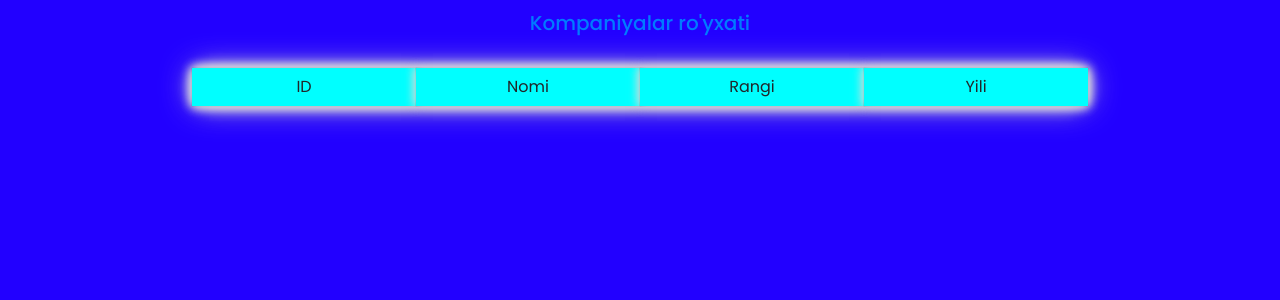
Repository: maqsudov0371/vazifa
Page: http://localhost/authenticate/register
These files come from the project's save history. The page is drawn as it stood at one moment and after the next save; the edit follows.
The browser window is 1280 px wide. The pictures show the whole page.
Some web fonts or font styles are not loaded; a fallback is used. The page is served by the project's application, run on Django 5.2 (manage.py). Other server files are loaded and not shown.

Above is the page before, as saved 2024-07-19 10:26:36.

### templates/register.html
<!doctype html>
<html lang="en">
<head>
    <meta charset="UTF-8">
    <meta name="viewport"
          content="width=device-width, user-scalable=no, initial-scale=1.0, maximum-scale=1.0, minimum-scale=1.0">
    <meta http-equiv="X-UA-Compatible" content="ie=edge">
    <title>MY LISTS</title>
    <link rel="stylesheet" href="style.css">

    <style>

/* Cascading style sheets */
body{
    background: rgb(34, 0, 255);
}

div{
    color: black;
    font-size: 20px;
    text-align: center;
}



table{
    width:50%;
    margin: 20px auto;

}
td{
    width: 20%;
    margin: 30px auto;
    background-color: aqua;
    text-align: center;
    padding: 7px;
    box-shadow: 0px 0px 10px silver, 0px 0px 10px white, 0px 0px 1px black;
}


table{
    width: 70%;
    margin: 30px auto;
    background-color: aqua;
    text-align: center;
    padding: 25px;
    border-radius: 15px;
    box-shadow: 0 0 30px silver, 0 0 15px white;
}

input{
    height: 25px;
    margin: 15px;
}

    </style>


</head>
<body>
    <div class="register">
        <h1>{{ list2 }}</h1>
        <a href="{% url 'register_user' %}">Kompaniyalar ro'yxati</a>
    </div>
<!--<h2>  Hello world !  </h2>-->
<!--<h6>  Hello world !  </h6>-->
<!--<br>-->
<!--<input type="text">-->
<!--<img src="https://miro.medium.com/v2/resize:fit:1200/1*aYjzU0FuWPY9A87IKVN1Kg.jpeg" alt="No image">-->

<table >
    <thead>
        <tr>
            <td>ID</td>
            <td>Nomi</td>
            <td>Rangi</td>
            <td>Yili</td>
        </tr>
    </thead>
    <tbody>
        {% for car in cars %}
    <tr>
        <td>{{ car.id }}</td>
        <td>{{ car.name }}</td>
        <td>{{ car.color }}</td>
        <td>{{ car.year }}</td>
    </tr>
    {% endfor %}
    </tbody>
</table>
<br>
<br>




</body>
</html>

### main/authentication/views.py
from main.models import User
from django.shortcuts import render, redirect
from django.contrib.auth import authenticate, login, logout


def register_user(request):
    if request.method == 'POST':
        User.objects.create_user(
            username = request.POST['username'],
            password = request.POST['password']
        )
    return render(request, 'register.html')


def login_user(request):
    if request.method == 'POST':
        username = request.POST['username']
        password = request.POST['password']
        user = authenticate(username=username, password=password)
        if user:
            login(request, user)
            return redirect('index')
    return render(request, 'login.html')


def log_out(request):
    logout(request)
    return redirect('index')

### Blog/urls.py
"""
URL configuration for Blog project.

The `urlpatterns` list routes URLs to views. For more information please see:
    https://docs.djangoproject.com/en/5.0/topics/http/urls/
Examples:
Function views
    1. Add an import:  from my_app import views
    2. Add a URL to urlpatterns:  path('', views.home, name='home')
Class-based views
    1. Add an import:  from other_app.views import Home
    2. Add a URL to urlpatterns:  path('', Home.as_view(), name='home')
Including another URLconf
    1. Import the include() function: from django.urls import include, path
    2. Add a URL to urlpatterns:  path('blog/', include('blog.urls'))
"""
from django.contrib import admin
from django.urls import path, include
from django.conf.urls.static import static
from django.conf import settings

urlpatterns = [
    path('admin/', admin.site.urls),
    path('', include('main.urls'))
]+static(settings.MEDIA_URL, document_root=settings.MEDIA_ROOT)

### main/urls.py
from django.urls import path, include
from . import views

urlpatterns = [
    path('', views.blogs, name='index'),
    path('blog-detail/<int:id>/', views.blog_detail, name='blog_detail'),
    path('comment/create/', views.comment_create, name='comment_create'),
    path('authenticate/', include('main.authentication.urls')),
    path('dashboard/', include('main.dashboard.urls'))
]

### main/authentication/urls.py
from . import views
from django.urls import path

urlpatterns = [
    path('register', views.register_user, name='register_user'),
    path('login', views.login_user, name='login_user'),
    path('logout', views.log_out, name='log_out')
]

### main/dashboard/urls.py
from django.urls import path
from . import views

urlpatterns = [
    path('create/', views.blog_create, name='blog_create'),
    path('update/<int:id>/', views.blog_update, name='blog_update'),
    path('delete/<int:id>/', views.blog_delete, name='blog_delete'),
    path('blogs/', views.my_blogs, name='my_blogs'),
]

### static/css/others/pe-icon-7-stroke.css
@font-face {
	font-family: 'Pe-icon-7-stroke';
	src:url('../../fonts/Pe-icon-7-stroke.eot?d7yf1v');
	src:url('../../fonts/Pe-icon-7-stroke.eot?#iefixd7yf1v') format('embedded-opentype'),
		url('../../fonts/Pe-icon-7-stroke.woff?d7yf1v') format('woff'),
		url('../../fonts/Pe-icon-7-stroke.ttf?d7yf1v') format('truetype'),
		url('../../fonts/Pe-icon-7-stroke.svg?d7yf1v#Pe-icon-7-stroke') format('svg');
	font-weight: normal;
	font-style: normal;
}

[class^="pe-7s-"], [class*=" pe-7s-"] {
	display: inline-block;
	font-family: 'Pe-icon-7-stroke';
	speak: none;
	font-style: normal;
	font-weight: normal;
	font-variant: normal;
	text-transform: none;
	line-height: 1;

	/* Better Font Rendering =========== */
	-webkit-font-smoothing: antialiased;
	-moz-osx-font-smoothing: grayscale;
}

.pe-7s-album:before {
	content: "\e6aa";
}
.pe-7s-arc:before {
	content: "\e6ab";
}
.pe-7s-back-2:before {
	content: "\e6ac";
}
.pe-7s-bandaid:before {
	content: "\e6ad";
}
.pe-7s-car:before {
	content: "\e6ae";
}
.pe-7s-diamond:before {
	content: "\e6af";
}
.pe-7s-door-lock:before {
	content: "\e6b0";
}
.pe-7s-eyedropper:before {
	content: "\e6b1";
}
.pe-7s-female:before {
	content: "\e6b2";
}
.pe-7s-gym:before {
	content: "\e6b3";
}
.pe-7s-hammer:before {
	content: "\e6b4";
}
.pe-7s-headphones:before {
	content: "\e6b5";
}
.pe-7s-helm:before {
	content: "\e6b6";
}
.pe-7s-hourglass:before {
	content: "\e6b7";
}
.pe-7s-leaf:before {
	content: "\e6b8";
}
.pe-7s-magic-wand:before {
	content: "\e6b9";
}
.pe-7s-male:before {
	content: "\e6ba";
}
.pe-7s-map-2:before {
	content: "\e6bb";
}
.pe-7s-next-2:before {
	content: "\e6bc";
}
.pe-7s-paint-bucket:before {
	content: "\e6bd";
}
.pe-7s-pendrive:before {
	content: "\e6be";
}
.pe-7s-photo:before {
	content: "\e6bf";
}
.pe-7s-piggy:before {
	content: "\e6c0";
}
.pe-7s-plugin:before {
	content: "\e6c1";
}
.pe-7s-refresh-2:before {
	content: "\e6c2";
}
.pe-7s-rocket:before {
	content: "\e6c3";
}
.pe-7s-settings:before {
	content: "\e6c4";
}
.pe-7s-shield:before {
	content: "\e6c5";
}
.pe-7s-smile:before {
	content: "\e6c6";
}
.pe-7s-usb:before {
	content: "\e6c7";
}
.pe-7s-vector:before {
	content: "\e6c8";
}
.pe-7s-wine:before {
	content: "\e6c9";
}
.pe-7s-cloud-upload:before {
	content: "\e68a";
}
.pe-7s-cash:before {
	content: "\e68c";
}
.pe-7s-close:before {
	content: "\e680";
}
.pe-7s-bluetooth:before {
	content: "\e68d";
}
.pe-7s-cloud-download:before {
	content: "\e68b";
}
.pe-7s-way:before {
	content: "\e68e";
}
.pe-7s-close-circle:before {
	content: "\e681";
}
.pe-7s-id:before {
	content: "\e68f";
}
.pe-7s-angle-up:before {
	content: "\e682";
}
.pe-7s-wristwatch:before {
	content: "\e690";
}
.pe-7s-angle-up-circle:before {
	content: "\e683";
}
.pe-7s-world:before {
	content: "\e691";
}
.pe-7s-angle-right:before {
	content: "\e684";
}
.pe-7s-volume:before {
	content: "\e692";
}
.pe-7s-angle-right-circle:before {
	content: "\e685";
}
.pe-7s-users:before {
	content: "\e693";
}
.pe-7s-angle-left:before {
	content: "\e686";
}
.pe-7s-user-female:before {
	content: "\e694";
}
.pe-7s-angle-left-circle:before {
	content: "\e687";
}
.pe-7s-up-arrow:before {
	content: "\e695";
}
.pe-7s-angle-down:before {
	content: "\e688";
}
.pe-7s-switch:before {
	content: "\e696";
}
.pe-7s-angle-down-circle:before {
	content: "\e689";
}
.pe-7s-scissors:before {
	content: "\e697";
}
.pe-7s-wallet:before {
	content: "\e600";
}
.pe-7s-safe:before {
	content: "\e698";
}
.pe-7s-volume2:before {
	content: "\e601";
}
.pe-7s-volume1:before {
	content: "\e602";
}
.pe-7s-voicemail:before {
	content: "\e603";
}
.pe-7s-video:before {
	content: "\e604";
}
.pe-7s-user:before {
	content: "\e605";
}
.pe-7s-upload:before {
	content: "\e606";
}
.pe-7s-unlock:before {
	content: "\e607";
}
.pe-7s-umbrella:before {
	content: "\e608";
}
.pe-7s-trash:before {
	content: "\e609";
}
.pe-7s-tools:before {
	content: "\e60a";
}
.pe-7s-timer:before {
	content: "\e60b";
}
.pe-7s-ticket:before {
	content: "\e60c";
}
.pe-7s-target:before {
	content: "\e60d";
}
.pe-7s-sun:before {
	content: "\e60e";
}
.pe-7s-study:before {
	content: "\e60f";
}
.pe-7s-stopwatch:before {
	content: "\e610";
}
.pe-7s-star:before {
	content: "\e611";
}
.pe-7s-speaker:before {
	content: "\e612";
}
.pe-7s-signal:before {
	content: "\e613";
}
.pe-7s-shuffle:before {
	content: "\e614";
}
.pe-7s-shopbag:before {
	content: "\e615";
}
.pe-7s-share:before {
	content: "\e616";
}
.pe-7s-server:before {
	content: "\e617";
}
.pe-7s-search:before {
	content: "\e618";
}
.pe-7s-film:before {
	content: "\e6a5";
}
.pe-7s-science:before {
	content: "\e619";
}
.pe-7s-disk:before {
	content: "\e6a6";
}
.pe-7s-ribbon:before {
	content: "\e61a";
}
.pe-7s-repeat:before {
	content: "\e61b";
}
.pe-7s-refresh:before {
	content: "\e61c";
}
.pe-7s-add-user:before {
	content: "\e6a9";
}
.pe-7s-refresh-cloud:before {
	content: "\e61d";
}
.pe-7s-paperclip:before {
	content: "\e69c";
}
.pe-7s-radio:before {
	content: "\e61e";
}
.pe-7s-note2:before {
	content: "\e69d";
}
.pe-7s-print:before {
	content: "\e61f";
}
.pe-7s-network:before {
	content: "\e69e";
}
.pe-7s-prev:before {
	content: "\e620";
}
.pe-7s-mute:before {
	content: "\e69f";
}
.pe-7s-power:before {
	content: "\e621";
}
.pe-7s-medal:before {
	content: "\e6a0";
}
.pe-7s-portfolio:before {
	content: "\e622";
}
.pe-7s-like2:before {
	content: "\e6a1";
}
.pe-7s-plus:before {
	content: "\e623";
}
.pe-7s-left-arrow:before {
	content: "\e6a2";
}
.pe-7s-play:before {
	content: "\e624";
}
.pe-7s-key:before {
	content: "\e6a3";
}
.pe-7s-plane:before {
	content: "\e625";
}
.pe-7s-joy:before {
	content: "\e6a4";
}
.pe-7s-photo-gallery:before {
	content: "\e626";
}
.pe-7s-pin:before {
	content: "\e69b";
}
.pe-7s-phone:before {
	content: "\e627";
}
.pe-7s-plug:before {
	content: "\e69a";
}
.pe-7s-pen:before {
	content: "\e628";
}
.pe-7s-right-arrow:before {
	content: "\e699";
}
.pe-7s-paper-plane:before {
	content: "\e629";
}
.pe-7s-delete-user:before {
	content: "\e6a7";
}
.pe-7s-paint:before {
	content: "\e62a";
}
.pe-7s-bottom-arrow:before {
	content: "\e6a8";
}
.pe-7s-notebook:before {
	content: "\e62b";
}
.pe-7s-note:before {
	content: "\e62c";
}
.pe-7s-next:before {
	content: "\e62d";
}
.pe-7s-news-paper:before {
	content: "\e62e";
}
.pe-7s-musiclist:before {
	content: "\e62f";
}
.pe-7s-music:before {
	content: "\e630";
}
.pe-7s-mouse:before {
	content: "\e631";
}
.pe-7s-more:before {
	content: "\e632";
}
.pe-7s-moon:before {
	content: "\e633";
}
.pe-7s-monitor:before {
	content: "\e634";
}
.pe-7s-micro:before {
	content: "\e635";
}
.pe-7s-menu:before {
	content: "\e636";
}
.pe-7s-map:before {
	content: "\e637";
}
.pe-7s-map-marker:before {
	content: "\e638";
}
.pe-7s-mail:before {
	content: "\e639";
}
.pe-7s-mail-open:before {
	content: "\e63a";
}
.pe-7s-mail-open-file:before {
	content: "\e63b";
}
.pe-7s-magnet:before {
	content: "\e63c";
}
.pe-7s-loop:before {
	content: "\e63d";
}
.pe-7s-look:before {
	content: "\e63e";
}
.pe-7s-lock:before {
	content: "\e63f";
}
.pe-7s-lintern:before {
	content: "\e640";
}
.pe-7s-link:before {
	content: "\e641";
}
.pe-7s-like:before {
	content: "\e642";
}
.pe-7s-light:before {
	content: "\e643";
}
.pe-7s-less:before {
	content: "\e644";
}
.pe-7s-keypad:before {
	content: "\e645";
}
.pe-7s-junk:before {
	content: "\e646";
}
.pe-7s-info:before {
	content: "\e647";
}
.pe-7s-home:before {
	content: "\e648";
}
.pe-7s-help2:before {
	content: "\e649";
}
.pe-7s-help1:before {
	content: "\e64a";
}
.pe-7s-graph3:before {
	content: "\e64b";
}
.pe-7s-graph2:before {
	content: "\e64c";
}
.pe-7s-graph1:before {
	content: "\e64d";
}
.pe-7s-graph:before {
	content: "\e64e";
}
.pe-7s-global:before {
	content: "\e64f";
}
.pe-7s-gleam:before {
	content: "\e650";
}
.pe-7s-glasses:before {
	content: "\e651";
}
.pe-7s-gift:before {
	content: "\e652";
}
.pe-7s-folder:before {
	content: "\e653";
}
.pe-7s-flag:before {
	content: "\e654";
}
.pe-7s-filter:before {
	content: "\e655";
}
.pe-7s-file:before {
	content: "\e656";
}
.pe-7s-expand1:before {
	content: "\e657";
}
.pe-7s-exapnd2:before {
	content: "\e658";
}
.pe-7s-edit:before {
	content: "\e659";
}
.pe-7s-drop:before {
	content: "\e65a";
}
.pe-7s-drawer:before {
	content: "\e65b";
}
.pe-7s-download:before {
	content: "\e65c";
}
.pe-7s-display2:before {
	content: "\e65d";
}
.pe-7s-display1:before {
	content: "\e65e";
}
.pe-7s-diskette:before {
	content: "\e65f";
}
.pe-7s-date:before {
	content: "\e660";
}
.pe-7s-cup:before {
	content: "\e661";
}
.pe-7s-culture:before {
	content: "\e662";
}
.pe-7s-crop:before {
	content: "\e663";
}
.pe-7s-credit:before {
	content: "\e664";
}
.pe-7s-copy-file:before {
	content: "\e665";
}
.pe-7s-config:before {
	content: "\e666";
}
.pe-7s-compass:before {
	content: "\e667";
}
.pe-7s-comment:before {
	content: "\e668";
}
.pe-7s-coffee:before {
	content: "\e669";
}
.pe-7s-cloud:before {
	content: "\e66a";
}
.pe-7s-clock:before {
	content: "\e66b";
}
.pe-7s-check:before {
	content: "\e66c";
}
.pe-7s-chat:before {
	content: "\e66d";
}
.pe-7s-cart:before {
	content: "\e66e";
}
.pe-7s-camera:before {
	content: "\e66f";
}
.pe-7s-call:before {
	content: "\e670";
}
.pe-7s-calculator:before {
	content: "\e671";
}
.pe-7s-browser:before {
	content: "\e672";
}
.pe-7s-box2:before {
	content: "\e673";
}
.pe-7s-box1:before {
	content: "\e674";
}
.pe-7s-bookmarks:before {
	content: "\e675";
}
.pe-7s-bicycle:before {
	content: "\e676";
}
.pe-7s-bell:before {
	content: "\e677";
}
.pe-7s-battery:before {
	content: "\e678";
}
.pe-7s-ball:before {
	content: "\e679";
}
.pe-7s-back:before {
	content: "\e67a";
}
.pe-7s-attention:before {
	content: "\e67b";
}
.pe-7s-anchor:before {
	content: "\e67c";
}
.pe-7s-albums:before {
	content: "\e67d";
}
.pe-7s-alarm:before {
	content: "\e67e";
}
.pe-7s-airplay:before {
	content: "\e67f";
}

Loaded but not shown: static/css/bootstrap/bootstrap.min.css (library); static/css/others/animate.css (library); static/css/others/magnific-popup.css (library); static/css/others/meanmenu.min.css (common file); static/css/others/owl.carousel.min.css (common file); static/css/others/font-awesome.min.css (library); static/style.css (1489 lines, source omitted)

After the next save:
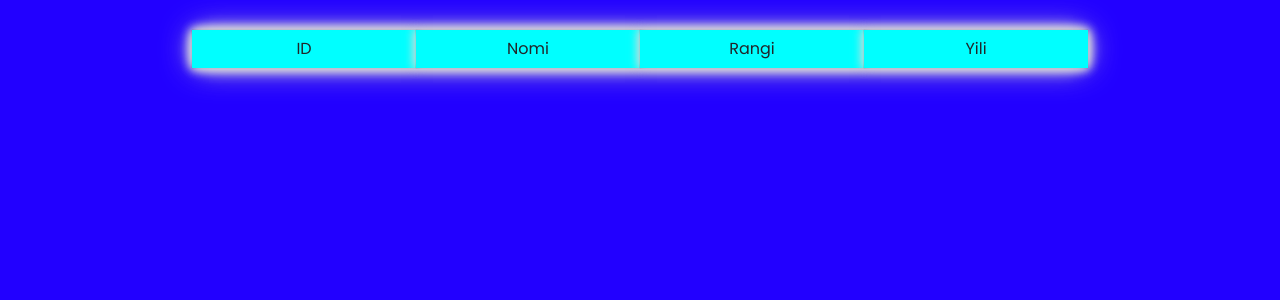
Saved 39 s later.
--- a/templates/register.html
+++ b/templates/register.html
@@ -60,7 +60,7 @@
 <body>
     <div class="register">
         <h1>{{ list2 }}</h1>
-        <a href="{% url 'register_user' %}">Kompaniyalar ro'yxati</a>
+        <a href="{% url 'register_user' %}"></a>
     </div>
 <!--<h2>  Hello world !  </h2>-->
 <!--<h6>  Hello world !  </h6>-->

After the save that followed:
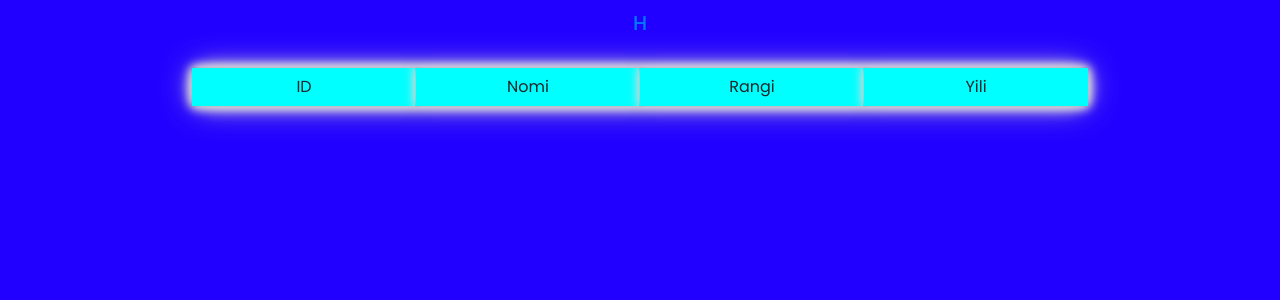
Saved 5 s later.
--- a/templates/register.html
+++ b/templates/register.html
@@ -60,7 +60,7 @@
 <body>
     <div class="register">
         <h1>{{ list2 }}</h1>
-        <a href="{% url 'register_user' %}"></a>
+        <a href="{% url 'register_user' %}">H</a>
     </div>
 <!--<h2>  Hello world !  </h2>-->
 <!--<h6>  Hello world !  </h6>-->
